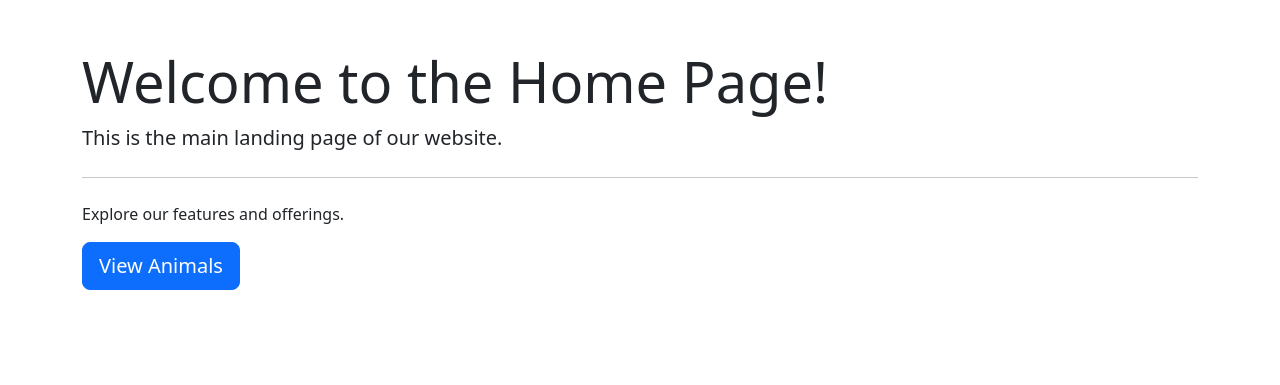
Repository: Mbote-Joseph/Django-Recap
Page: http://localhost/
The author's editor kept a copy of each file at every save. The page is drawn from the files as they stood at one save, then again after the next save.
The browser window is 1280 px wide. The pictures show the whole page.
The page is served by the project's application, run on Django 5.2 (manage.py).

Above is the page before, as saved 2025-12-14 17:16:05.

After the next save:
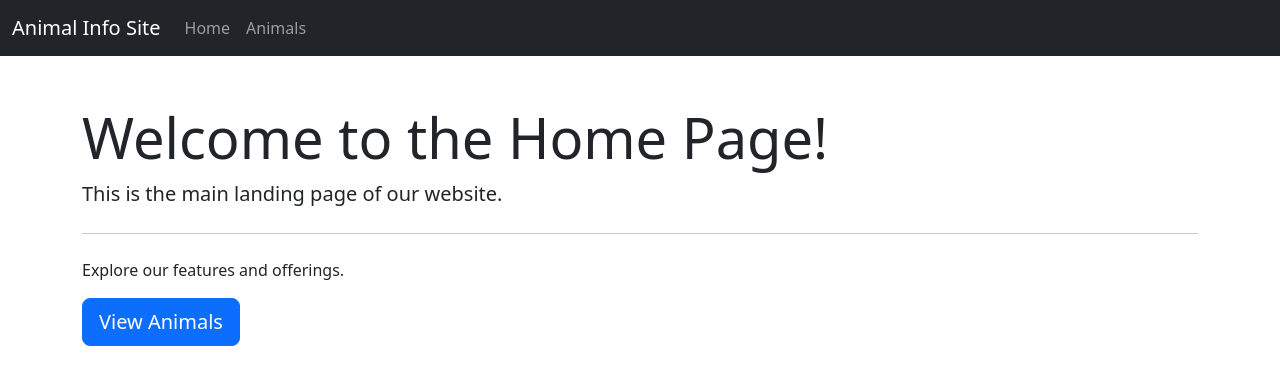
Saved 2 min 0 s later.
--- a/Test/testproject/static/templates/base.html
+++ b/Test/testproject/static/templates/base.html
@@ -9,6 +9,25 @@
     <link href="https://cdn.jsdelivr.net/npm/bootstrap@5.3.8/dist/css/bootstrap.min.css" rel="stylesheet" integrity="sha384-sRIl4kxILFvY47J16cr9ZwB07vP4J8+LH7qKQnuqkuIAvNWLzeN8tE5YBujZqJLB" crossorigin="anonymous">
   </head>
   <body>
+    {% comment %} Well Designed Nav bar using Bootstrap {% endcomment %}
+    <nav class="navbar navbar-expand-lg navbar-dark bg-dark">
+      <div class="container-fluid">
+        <a class="navbar-brand" href="/">Animal Info Site</a>
+        <button class="navbar-toggler" type="button" data-bs-toggle="collapse" data-bs-target="#navbarNav" aria-controls="navbarNav" aria-expanded="false" aria-label="Toggle navigation">
+          <span class="navbar-toggler-icon"></span>
+        </button>
+        <div class="collapse navbar-collapse" id="navbarNav">
+          <ul class="navbar-nav">
+            <li class="nav-item">
+              <a class="nav-link" href="/">Home</a>
+            </li>
+            <li class="nav-item">
+              <a class="nav-link" href="/animals">Animals</a>
+            </li>
+          </ul>
+        </div>
+      </div>
+    </nav>
     {% block content %}
 
     {% endblock %}
